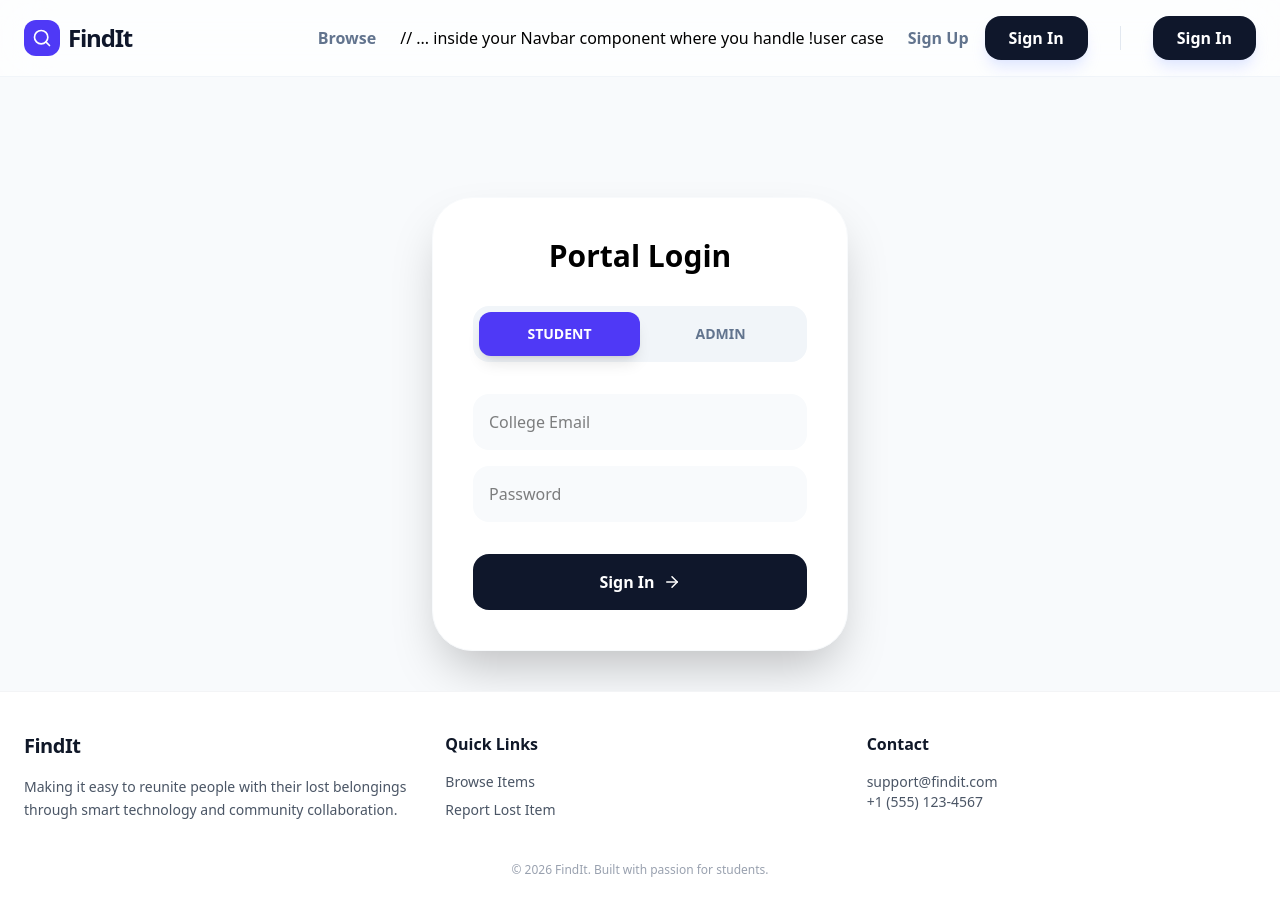
Repository: roygaurav007/lost-and-found
Page: /login (app in Frontend/client/)
The author's editor kept a copy of each file at every save. The page is drawn from the files as they stood at one save, then again after the next save.
The browser window is 1280 px wide. The pictures show the whole page.
The project was rebuilt for these pictures with package versions that can differ from the ones it lists, and the page was loaded fresh each time. Also part of the build but not shown: Frontend/client/vite.config.js, Frontend/client/src/pages/Home.jsx, Frontend/client/src/pages/Signup.jsx, Frontend/client/src/utils/formSchemas.js, Frontend/client/src/pages/ReportItem.jsx, Frontend/client/src/pages/BrowseItems.jsx, Frontend/client/src/pages/AdminDashboard.jsx, Frontend/client/src/pages/UserDashboard.jsx.

Above is the page before, as saved 2026-02-04 12:58:33.

After the next save:
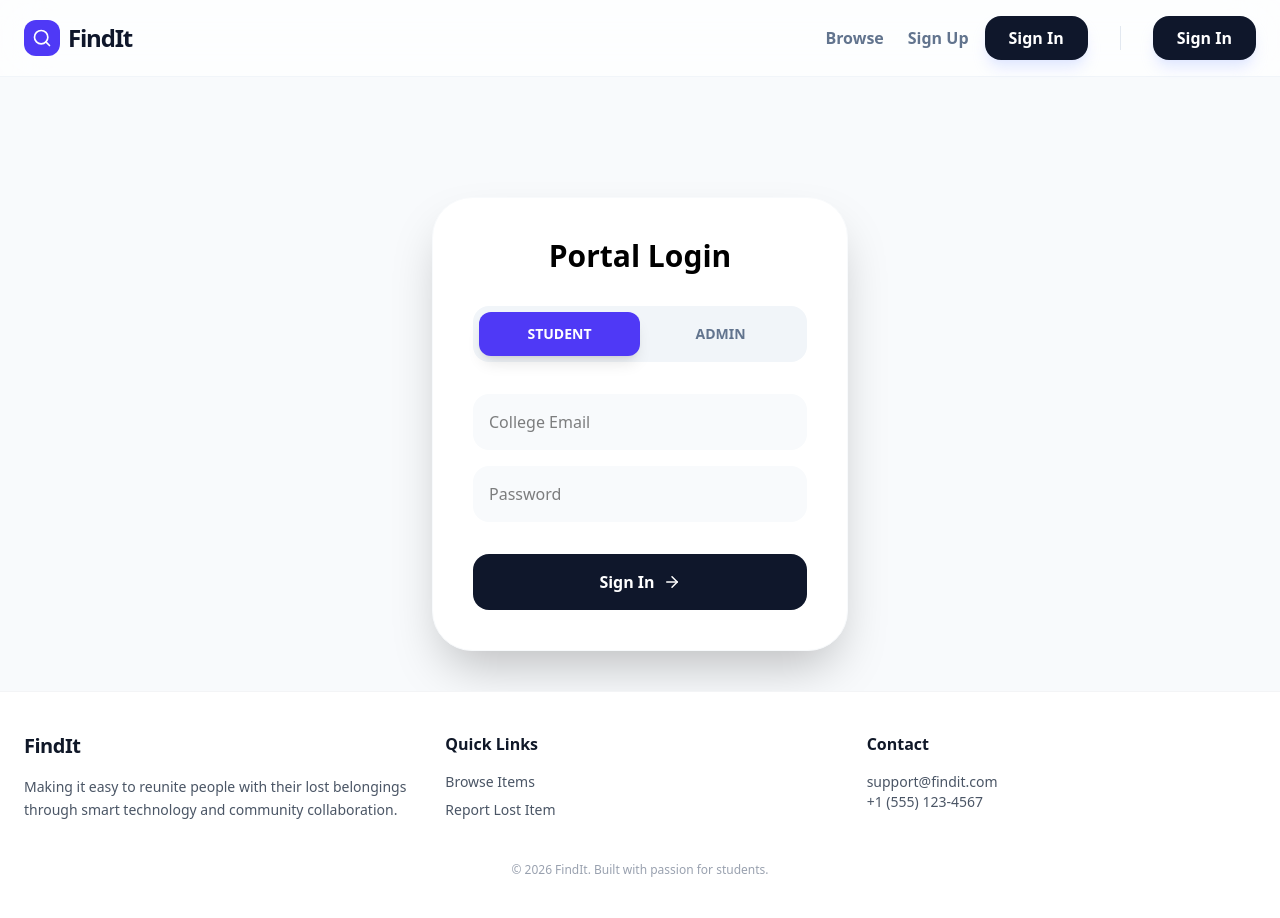
Saved 60 s later.
--- a/Frontend/client/src/components/Navbar.jsx
+++ b/Frontend/client/src/components/Navbar.jsx
@@ -30,7 +30,7 @@ const Navbar = () => {
               <ShieldCheck size={18} /> Admin Panel
             </Link>
           )}
-          // ... inside your Navbar component where you handle !user case
+
 {user ? (
   <button onClick={handleLogout} className="flex items-center gap-2 text-slate-600 font-bold hover:text-rose-500 transition">
     <LogOut size={18} /> Logout
